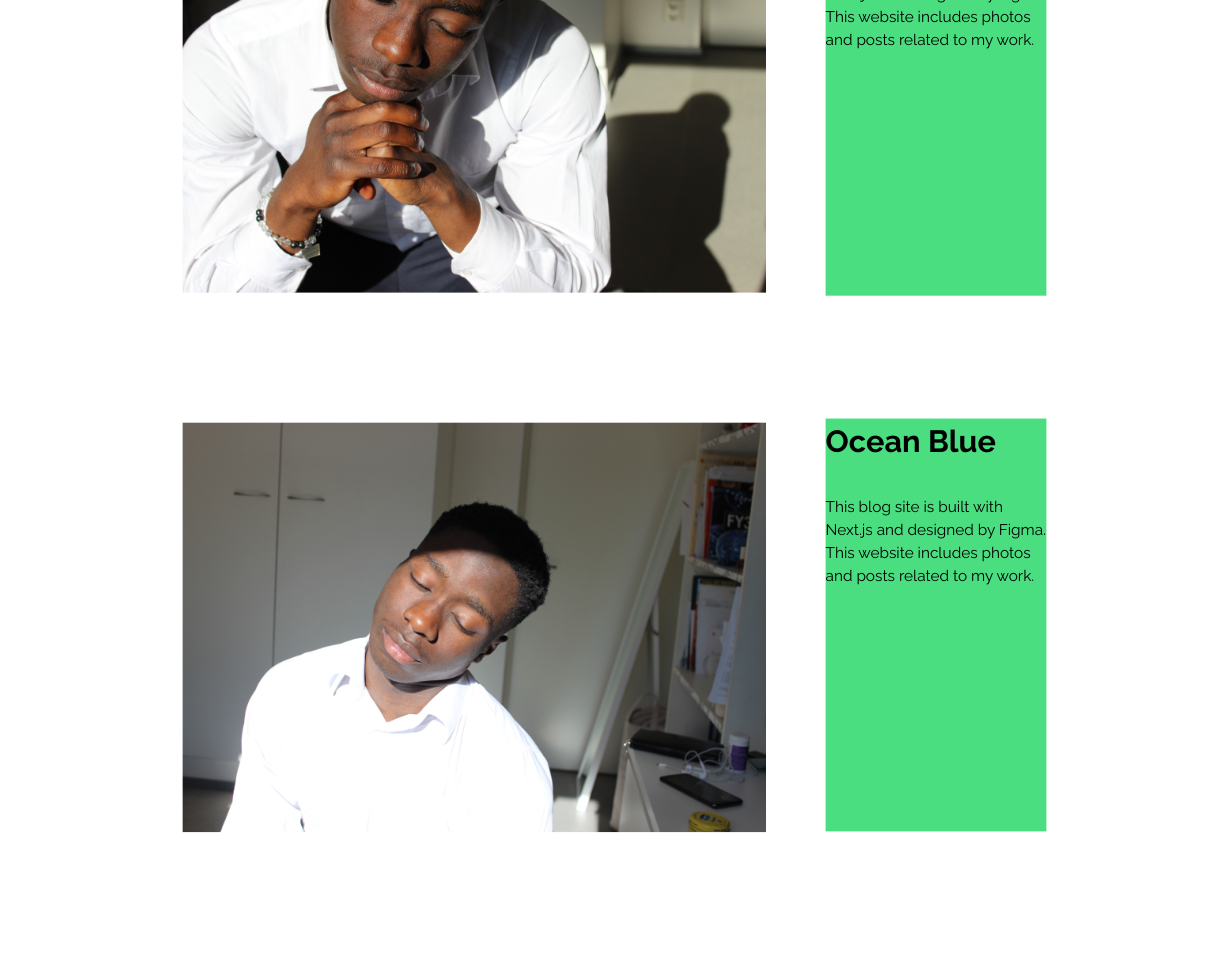
Repository: Graquick/Blog
Page: /photos
An editor plug-in stored every save of this project. The page is shown before and after the next save, followed by the edit.
The browser window is 1280 px wide. The pictures show the whole page, at 96% of full size.
The project was rebuilt for these pictures with package versions that can differ from the ones it lists, and the page was loaded fresh each time. The framework's server and built-in components were replaced by stand-ins that run in the browser. Also part of the build but not shown: next.config.js, components/Footer.js.

Above is the page before, as saved 2022-07-07 14:26:45.

### pages/_app.js
import React, { useState, useEffect, useRef, useCallback } from 'react';
import { AnimatePresence } from 'framer-motion'
import { ThemeProvider } from 'next-themes'
import { useRouter } from 'next/router'
import '../styles/globals.css'

function MyApp({ Component, pageProps }) {
  const timeoutRef = useRef();

  const clearTimer = useCallback(
    () => clearTimeout(timeoutRef.current),
    []
  );

  // useEffect(() => {
  //   if (timeoutRef.current) clearTimer();

  //   timeoutRef.current = setTimeout(() => {
  //     window.scrollTo(0, 0);
  //   }, 10);

  //   return () => {
  //     clearTimer();
  //   };
  // }, [clearTimer]);

  useEffect(() => {
    window.history.scrollRestoration = 'manual'
  }, []);


  return (
    <AnimatePresence>
      <ThemeProvider attribute="class">
        <Component {...pageProps} />
      </ThemeProvider>
    </AnimatePresence>
  )
}

export default MyApp

### pages/_document.js
import { Html, Head, Main, NextScript } from 'next/document'

export default function Document() {
  return (
    <Html>
      <Head />
      <body style={{ fontFamily: "Raleway, Roboto", scrollBehavior: "smooth" }}>
        <Main />
        <NextScript />
      </body>
    </Html>
  )
}

### pages/photos.js
import React, { useState, useEffect, useRef } from 'react';
import Head from 'next/head';
import Image from 'next/image';
import Link from 'next/link';
import { useRouter } from 'next/router';
import { motion, AnimatePresence } from 'framer-motion';
import { Icon } from '@iconify/react';

import profile from '../public/profile.png'
import photo1 from '../public/photo-1.png'
import photo2 from '../public/photo-2.png'

import Footer from "../components/Footer";
import Header from "../components/Header";

const photos = [
    { id: 1, src: photo1 },
    { id: 2, src: photo2 }
]

const desc = [
    { id: 1, title: 'Savannah', src: photo1, text: "This blog site is built with Next.js and designed by Figma. This website includes photos and posts related to my work." },
    { id: 2, title: 'Ocean Blue', src: photo2, text: "This blog site is built with Next.js and designed by Figma. This website includes photos and posts related to my work."}
]

const layInfo = {
    fixed: "absolute bottom-[4rem] right-0 m-auto flex flex w-[230px] justify-between"
}

export default function Photos() {
  return (
    <>
      <motion.main className="min-h-screen">
          <div className="absolute top-0 bottom-0 left-0 right-0 m-auto w-fit h-fit">
            <Header />
            <div className="w-[900px] h-fit flex justify-between">
              <div>
                {photos.map((img, i) => (
                  <div key={i} className="mb-32">
                    <Image src={img.src}
                      alt="Img"
                      width={608}
                      height={427}
                      blurDataURL={profile}
                      placeholder="blur"
                      priority
                    />
                  </div>
                ))}
              </div>

              <div>
                {desc.map((desc, i) => (
                  <div key={i} className="w-[230px] h-[430px] bg-green-400 flex flex-col gap-8 mb-32">
                    <h1 className="text-[2rem] font-bold w-fit">{desc.title}</h1>
                    <p>{desc.text}</p>
                  </div>
                ))}
              </div>

              {/* <div className="w-[230px] h-full flex flex-col justify-between">
                <h1 className="text-[2.25rem] font-bold leading-10">Brima Freeman</h1>
                <div className="h-[215px] flex flex-col justify-between">
                  <p className="text-[.9rem]">Hey, I&apos;m a Frontend Developer based in Finland. I enjoy working with Next.js and crafting beautiful front-end experiences.
                  </p>
                  <p className="text-[.9rem]">
                  This blog site is built with Next.js and designed by Figma. This website includes photos and posts related to my work.
                  </p>
                </div>
                <Footer />
              </div> */}
            </div>
        </div>
      </motion.main>
    </>
  )
}

### styles/globals.css
@import url('https://fonts.googleapis.com/css2?family=Press+Start+2P&family=Raleway:wght@300;400;500;600;700&family=Roboto:wght@300;400;500;700&display=swap');
@tailwind base;
@tailwind components;
@tailwind utilities;

* {
  box-sizing: border-box;
}

html,
body {
  padding: 0;
  margin: 0;
}

### components/Header.js
import React, { useState, useEffect, useRef } from 'react';
import Head from 'next/head';
import Image from 'next/image';
import Link from 'next/link';
import { useRouter } from 'next/router';
import { motion, AnimatePresence } from 'framer-motion';
import { Icon } from '@iconify/react';

const Logo = () => {
    return (
        <div className="w-fit flex justify-center gap-2 cursor-pointer transition-all duration-150 ease-in-out group">
            <div className="text-[1.5rem] font-bold uppercase bg-black text-white w-16 h-16 flex items-end justify-end py-0 px-1 ease-in-out dark:bg-zinc-500 dark:text-zinc-400">bf</div><div className="text-[1.5rem] flex items-end justify-end font-bold uppercase text-black ease-in-out dark:text-zinc-500">
                blog
            </div>
        </div>
    )
}

const links = [
    { id: 1, title: 'About', href: '/'},
    { id: 2, title: 'Photos', href: '/photos'},
    { id: 3, title: 'Posts', href: '/posts'}
]

function Header() {
    const router = useRouter();
  return (
    <>
        <main className="left-0 m-auto right-0 py-8 w-full mb-8 h-[8rem] flex justify-between items-center">
            <div >
                <Logo />
            </div>

            <nav className="h-fit">
                <ul className="flex w-[230px] justify-between">
                    {links.map((links, i) => (
                        <div key={i}>
                            <li className={router.pathname === links.href ? "underline-offset-4 underline" : ""}>
                                <Link href={links.href}>
                                    {links.title}
                                </Link>
                            </li>
                        </div>
                    ))}
                </ul>
            </nav>
        </main>
    </>
  )
}

export default Header

### tailwind.config.js
module.exports = {
  content: [
    "./pages/**/*.{js,ts,jsx,tsx}",
    "./components/**/*.{js,ts,jsx,tsx}",
  ],
  darkMode: "class", // "false" or "media"
  theme: {
    extend: {

    },
    screens: {
      '2xl': {'max': '1440px'},
      // => @media (max-width: 1440px) { ... }

      'xl': {'max': '1024px'},
      // => @media (max-width: 1024px) { ... }

      'lg': {'max': '768px'},
      // => @media (max-width: 768px) { ... }

      'md': {'max': '425px'},
      // => @media (max-width: 425px) { ... }

      'sm': {'max': '375px'},
      // => @media (max-width: 375px) { ... }

      'xs': {'max': '320px'},
      // => @media (max-width: 320px) { ... }
    },
    fontFamily: {
      'raleway': "Raleway, sans-serif",
      'roboto': "Roboto, sans-serif",
      'play': "Press\\ Start\\ 2P, cursive"
    }
  },
  plugins: [require('@tailwindcss/forms')],
}

After the next save:
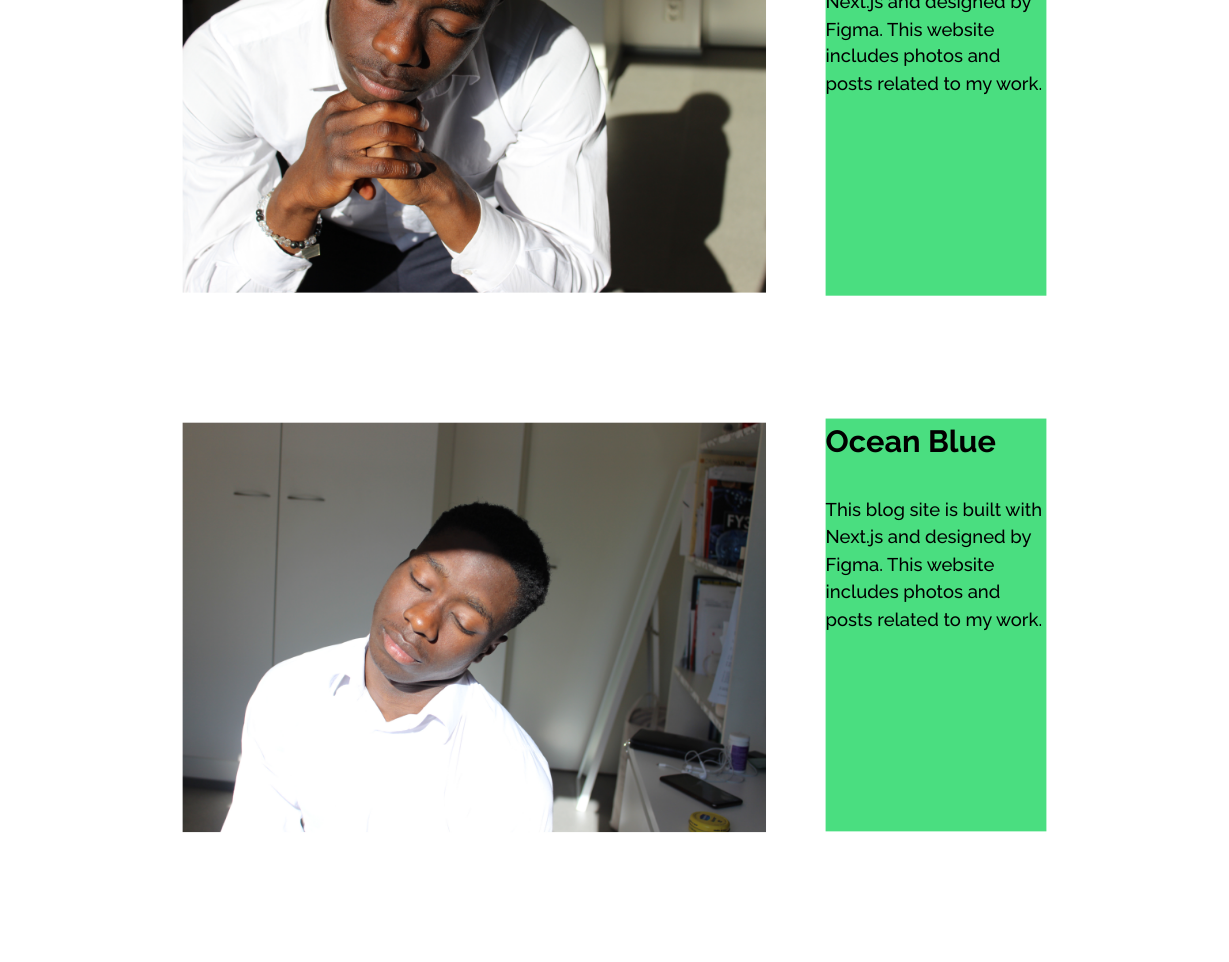
Saved 49 s later.
--- a/pages/photos.js
+++ b/pages/photos.js
@@ -53,7 +53,7 @@ export default function Photos() {
                 {desc.map((desc, i) => (
                   <div key={i} className="w-[230px] h-[430px] bg-green-400 flex flex-col gap-8 mb-32">
                     <h1 className="text-[2rem] font-bold w-fit">{desc.title}</h1>
-                    <p>{desc.text}</p>
+                    <p className="font-medium text-[1.2rem] cursor-default">{desc.text}</p>
                   </div>
                 ))}
               </div>
